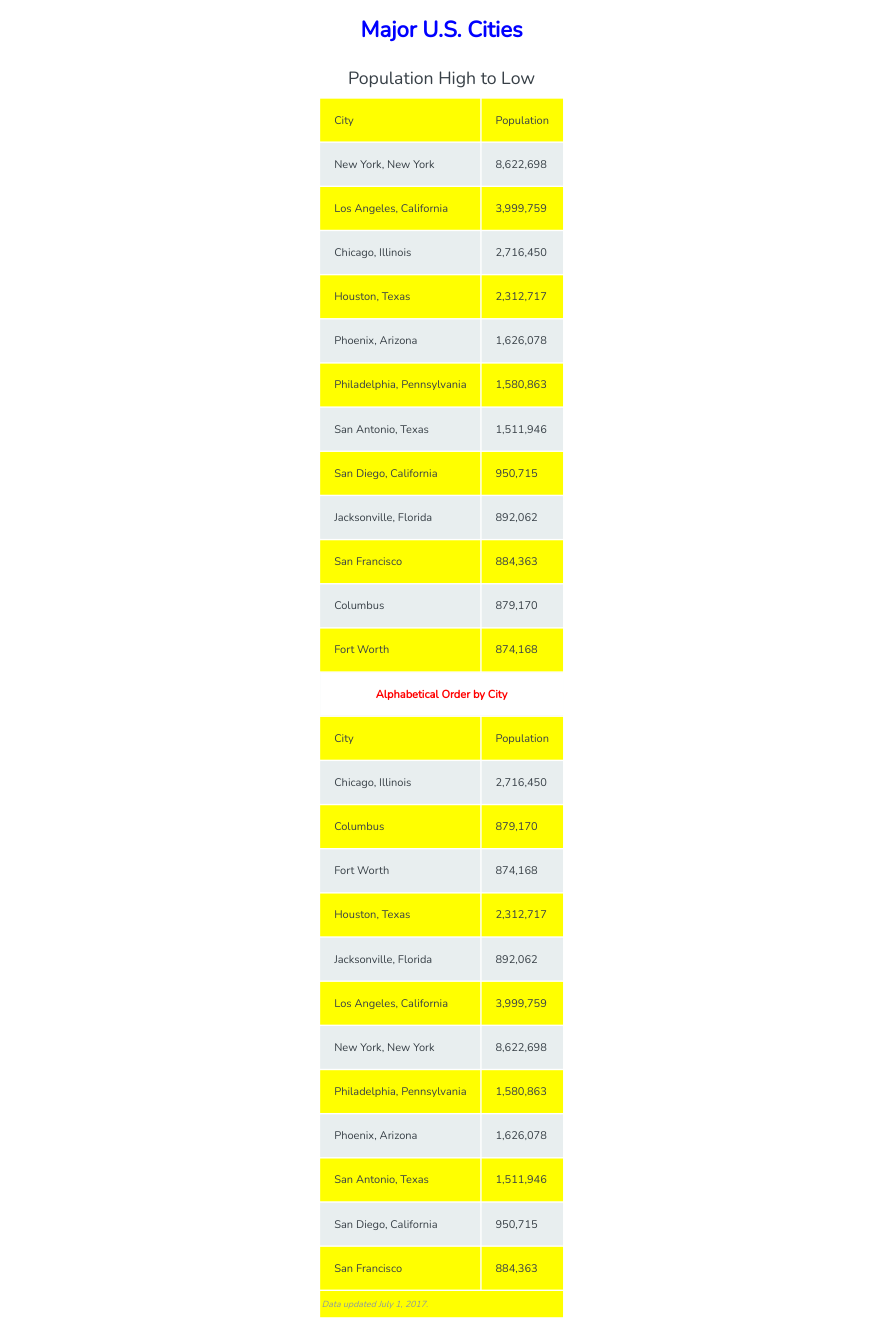
Repository: oduong1/COSW30
Page: http://localhost/homework/hw4/population_array.php
The author's editor kept a record of every edit. The page is drawn from the files as they stood at one moment, then again after the next edit.
The browser window is 1280 px wide. The pictures show the whole page, at 69% of full size.
The page is run by PHP 8.4 with error messages shown; the project is at /var/www/html/.

Above is the page before.
Not found: homework/hw4/normalize.css

### homework/hw4/population_array.php
<!DOCTYPE html>
<html>
  <head>
    <meta charset="utf-8">
    <meta name="viewport" content="width=device-width, initial-scale=1.0">
    <title>City Population</title>
    <link rel="stylesheet" href="normalize.css">
    <link href='http://fonts.googleapis.com/css?family=Nunito:400,300' rel='stylesheet' type='text/css'>
    <link rel="stylesheet" href="table.css">
  </head>
  <body >
    <container id="center_a"><h1>Major U.S. Cities</h1></container>

      <table>

        <!--<thead>-->
        <!--    <tr>-->
        <!--      <th scope="col">City</th>-->
        <!--      <th scope="col">Population</th>   -->
        <!--    </tr>-->
        <!--</thead>-->

        <tfoot>
          <tr>
            <td colspan="3">Data updated July 1, 2017.</td>
          </tr>
        </tfoot>
      <tbody>
    <?php // Create array

        $population = [
            "New York, New York" => "8,622,698",
            "Los Angeles, California" => "3,999,759",
            "Chicago, Illinois" => "2,716,450",
            "Houston, Texas" => "2,312,717",
            "Phoenix, Arizona" => "1,626,078",
            "Philadelphia, Pennsylvania" => "1,580,863",
            "San Antonio, Texas" => "1,511,946",
            "San Diego, California" => "950,715",
            "Jacksonville, Florida" => "892,062",
            "San Francisco" => "884,363",
            "Columbus" => "879,170",
            "Fort Worth" => "874,168"
        ];

//display original list
echo'        <caption>Population High to Low</caption>';
echo '<tr><td>City</td><td>Population</td></tr>';

        foreach ($population as $city => $pop) {
            echo "
                <tr>
                  <td>$city</td>
                  <td>$pop</td>
                </tr>\n";
            }

//display list by city
ksort($population);

echo'        <th colspan="2">Alphabetical Order by City</th>';
echo '<tr><td>City</td><td>Population</td></tr>';

        foreach ($population as $city => $pop) {
            echo "
                <tr>
                  <td>$city</td>
                  <td>$pop</td>
                </tr>\n";
            }
?>
        </tbody>

      </table>

  </body>
</html>

### homework/hw4/table.css
*, *:before, *:after {
  -moz-box-sizing: border-box;
  -webkit-box-sizing: border-box;
  box-sizing: border-box;
}

body {
  font-family: 'Nunito', sans-serif;
  color: #384047;
  text-align: center;
}

table {
  max-width: 960px;
  margin: 10px auto;
}

#center_a {
  display: block;
  max-width: 960px;
  margin: 10px auto;
  color: blue;

}

caption {
  font-size: 1.6em;
  font-weight: 400;
  padding: 10px 0;
}

thead th {
  font-weight: 400;
  background: #8a97a0;
  color: #FFF;
}
tr:first-child {
  background-color: yellow;
}

tr {
  background: #f4f7f8;
  border-bottom: 1px solid #FFF;
  margin-bottom: 5px;
}

tr:nth-child(odd) {
  background: yellow;
}


tr:nth-child(even) {
  background: #e8eeef;
}

th {
  text-align: center;
  padding: 20px;
  color: red;
  background: #fff;
}

td {
  text-align: left;
  padding: 20px;
  font-weight: 300;
}

tfoot tr {
  background: none;
}

tfoot td {
  padding: 10px 2px;
  font-size: 0.8em;
  font-style: italic;
  color: #8a97a0;
}

After the next edit:
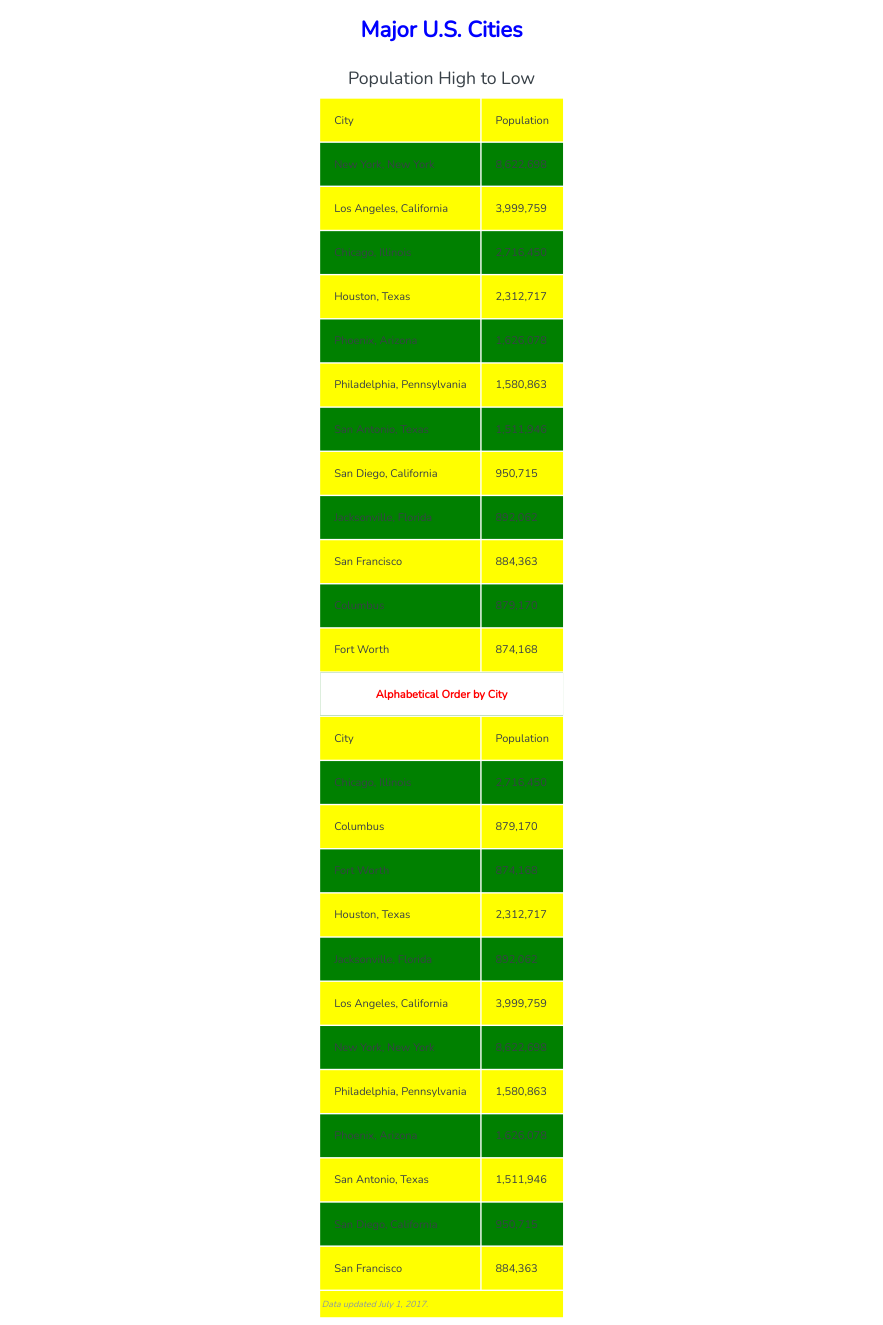
The edit:
--- a/homework/hw4/table.css
+++ b/homework/hw4/table.css
@@ -50,7 +50,7 @@
 
 
 tr:nth-child(even) {
-  background: #e8eeef;
+  background: green;
 }
 
 th {
